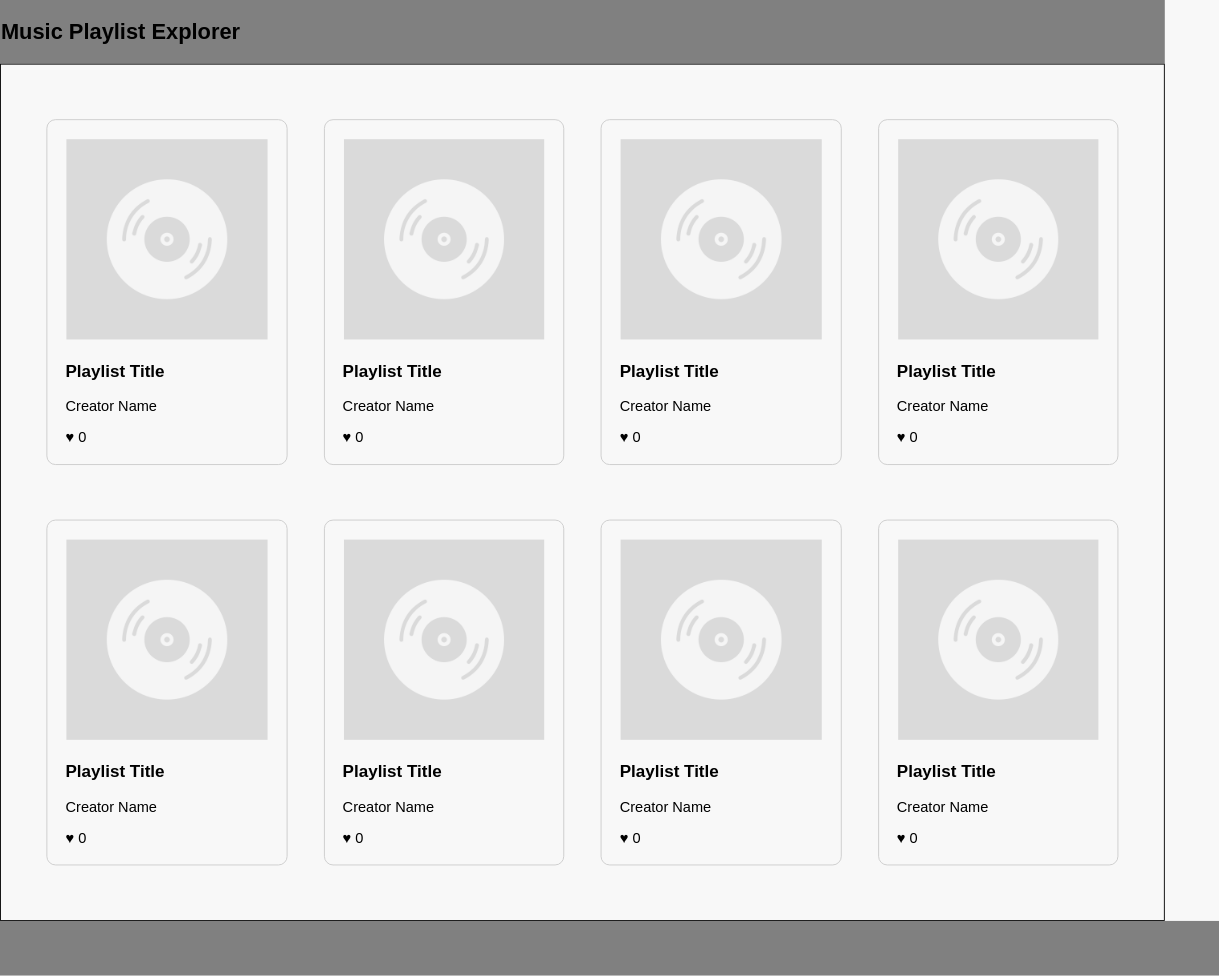
Repository: valentinaarojas/music-player-explorer
Page: index.html
These files come from the project's save history. The page is drawn as it stood at one moment and after a run of saves; the edit follows.
The browser window is 1280 px wide. The page is 1340 px wide, so the pictures cover 1340 px, including what lies to the right of the window. The pictures show the whole page, at 91% of full size.

Above is the page before, as saved 2025-02-19 16:41:28.
Console error: SyntaxError: Unexpected token '{'

After the next 2 saves:
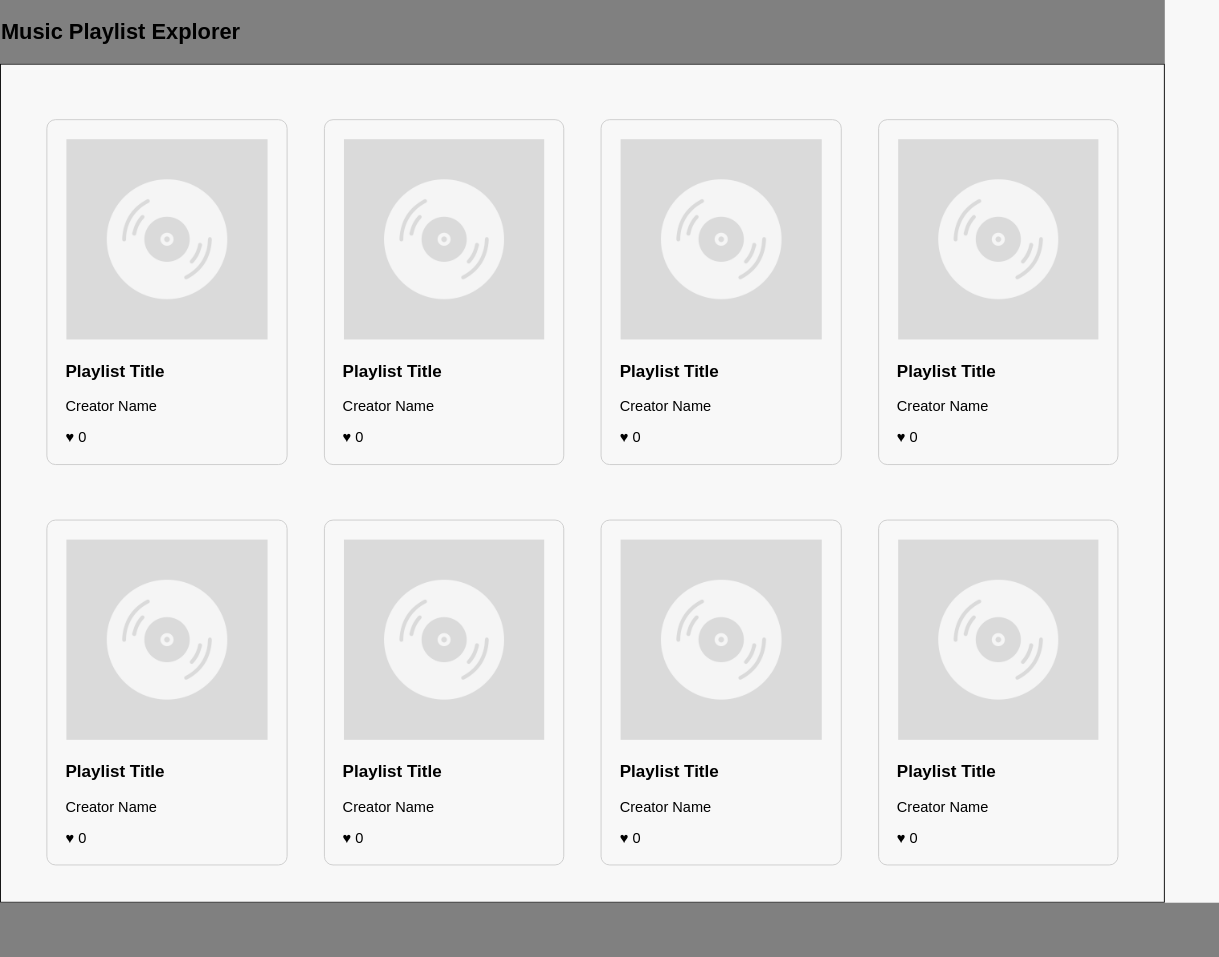
The 2 saves are shown as one change because they came seconds apart.
The last was saved 6 s later.
--- a/style.css
+++ b/style.css
@@ -14,7 +14,7 @@
     display: grid;
     grid-template-columns: repeat(4, 1fr);
     padding: 30px;
-    padding-bottom: ;
+    padding-bottom: 10px;
     border: 1px solid rgb(0, 0, 0);
 }
 

After the save that followed:
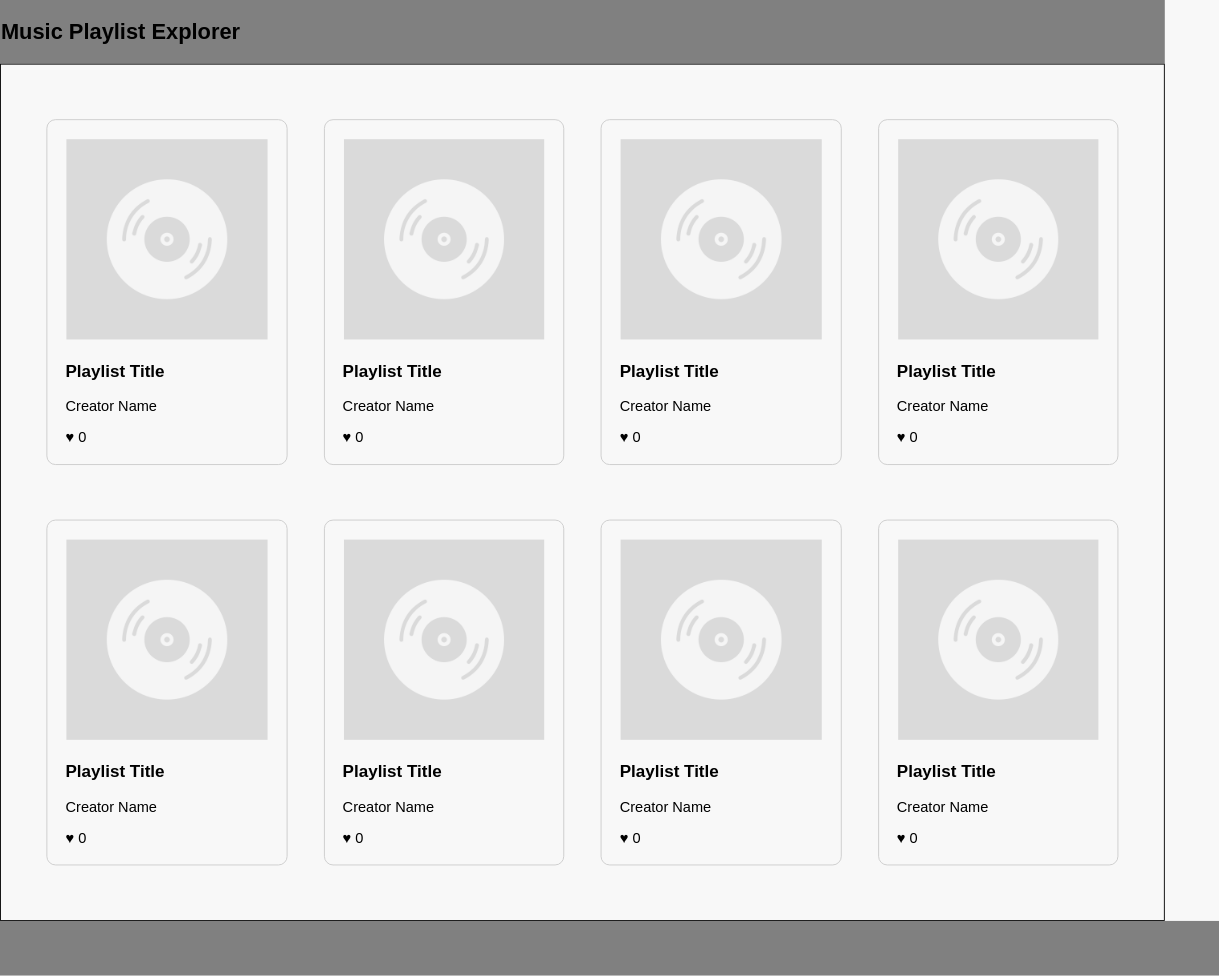
Saved 9 s later.
--- a/style.css
+++ b/style.css
@@ -14,7 +14,7 @@
     display: grid;
     grid-template-columns: repeat(4, 1fr);
     padding: 30px;
-    padding-bottom: 10px;
+    padding-bottom: ;
     border: 1px solid rgb(0, 0, 0);
 }
 
